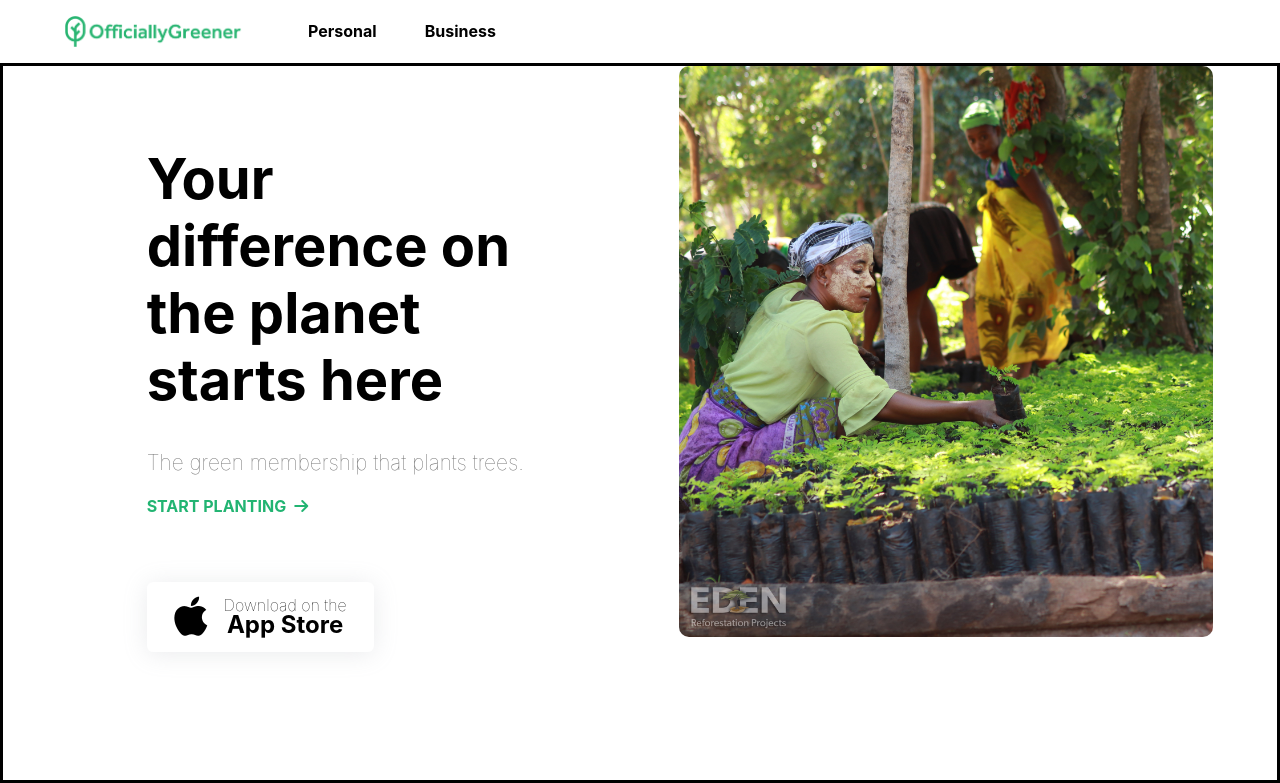
Repository: Sinkycode/Officially-Greener-v2
Page: index.html
An editor plug-in stored every save of this project. The page is shown before and after the next save, followed by the edit.
The browser window is 1280 px wide. The pictures show the whole page.
Some web libraries are served in a nearby version.

Above is the page before, as saved 2023-03-08 16:23:52.

### index.html
<!DOCTYPE html>
<html lang="en">
<head>
  <meta charset="UTF-8">
  <meta http-equiv="X-UA-Compatible" content="IE=edge">
  <meta name="viewport" content="width=device-width, initial-scale=1.0">
  <link rel="stylesheet" href="https://cdnjs.cloudflare.com/ajax/libs/font-awesome/6.3.0/css/all.min.css" integrity="sha512-SzlrxWUlpfuzQ+pcUCosxcglQRNAq/DZjVsC0lE40xsADsfeQoEypE+enwcOiGjk/bSuGGKHEyjSoQ1zVisanQ==" crossorigin="anonymous" referrerpolicy="no-referrer" />

  <link rel="stylesheet" href="style.css">
  <title>Officially Greener</title>
</head>
<body>
  <header>
    <div class="mobile">
      <img src="Logo/Officially Greener Transparent background.png" alt="" class="primary-logo logo">
      <i class="fa-sharp fa-solid fa-bars"></i>
    </div>

    <div class="desktop">
      <img src="Logo/Officially Greener Transparent background.png" alt="" class="primary-logo logo">
      <ul class="primary-nav">
        <li><a href="http://">Personal</a></li>
        <li><a href="http://">Business</a></li>
      </ul>
    </div>

  </header>

  <section id="landing-page">
   <div class="container">
    <div class="landing-page__image">
      <img src="Images/Magagascar.jpg" alt="">
    </div>
    <div class="landing-page__context">
     <div class="texts">
      <h1 class="big-txt">Your difference on the planet starts here</h1>
      <p class="gray-para">The green membership that plants trees.</p>
      <a href="#" class="simple-link">Start planting<i class="fa-sharp fa-solid fa-arrow-right"></i></a>
     </div>
     <button class="apple-btn btn">
      <i class="fa-brands fa-apple"></i>
      <div class="wrap">
        <p>Download on the</p>
        <h1>App Store</h1>
      </div>
     </button>
    </div>
   </div>
  </section>
  <section id="note"></section>
  <section id="personal"></section>
</body>
</html>

### style.css
:root {
  --neutral-100: hsl(0, 0%, 100%);
  --neutral-200: hsl(0, 0%, 80%);
  --neutral-400: hsl(0, 0%, 40%);
  --neutral-600: hsl(0, 0%, 20%);
  --neutral-800: hsl(0, 0%, 0%);

  --accent: hsl(153, 68%, 42%);

  --txt-size-200: .8rem;
  --txt-size-400: 1rem;
  --txt-size-500: 2rem;
  --txt-size-600: 3rem;
  --txt-size-800: 3.5rem;

  --box-radius: .4rem;

  --gray-para: var(--neutral-400);

}

*, *::after, *::before {
  box-sizing: border-box;
  margin: 0;
  padding: 0;
}

html, body {
  font-family: -apple-system, BlinkMacSystemFont, Segoe UI, Roboto, Oxygen, Ubuntu, Cantarell, Fira Sans, Droid Sans, Helvetica Neue, sans-serif;
  scroll-behavior: smooth;
  overflow-x: hidden;
}

body {
  line-height: 1.5;
  font-size: 16px;
}

/* CUSTOMIZATION */
img {
  max-width: 100%;
  display: block;
}

button, input {
  outline: none;
  border: none;
  /* background: transparent; */
  font-family: inherit;
  font-size: inherit;
  color: inherit;
}

ul, p {
  margin: 0;
  list-style: none;
  font-weight: 2

}

a {
  text-decoration: none;
  color: inherit;
  font-weight: bold;
}

h1,h2,h3 {
  margin: 0;
}

.container {
  max-width: 90%;
  margin: 0 auto;
}

.logo {
  width: clamp(180px, 1rem + 10vw, 300px);
}

.mobile {
  display: none;
}

.desktop {
  display: flex;
  align-items: center;
  gap: 4rem;
  padding-block: 1rem;
  padding-inline-start: 4rem;
  width: 50%;
}

.primary-nav {
  display: flex;
  gap: 3rem;
}

.big-txt {
  font-size: var(--txt-size-800);
}

.gray-para {
  color: var(--gray-para);
}

.btn {
  color: var(--neutral-800);
  background-color: rgb(255, 255, 255);
  padding: .8rem 1.7rem;
  border-radius: var(--box-radius);
  box-shadow: rgba(149, 157, 165, 0.2) 0px 2px 24px;
}

/* ========= landign page ========= */
#landing-page {
  border: 3px solid black;
  height: 100vh;
}

#landing-page .container {
  display: flex;
  gap: 1rem;
  height: 100%;
  /* border: 1px solid red; */
}

@media (max-width: 1000px) {
  #landing-page .container {
    display: block;
  }
}

@media (min-width: 768px) {
  .landing-page__context {
    order: 1;
    margin-left: 5rem;
    margin-top: 5rem;
  }

  .landing-page__image {
    order: 2;
  }
}

.landing-page__context {
  max-width: 45%;
  /* border: 1px solid red; */
}

.landing-page__context .big-txt {
  /* border: 1px solid red; */
  max-width: 80%;
  line-height: 1.2;
  margin-bottom: 2rem;
}

.landing-page__context .gray-para {
  margin-block: 1rem;
  font-size: 1.3rem;
}

.landing-page__context .simple-link {
  color: var(--accent);
  text-transform: uppercase;
  display: flex;
  align-items: center;
  gap: .5rem;
  margin-bottom: 4rem;
}

.fa-apple {
  font-size: 2.8rem;
}

.apple-btn {
  display: flex;
  align-items: center;
  gap: 1rem;
}

button .wrap {
  /* border: 1px solid red; */
  line-height:1;
}

button .wrap h1{
  font-size: 1.5rem;
}

.landing-page__image {
  width: 55%;
  height: 80%;
  border-radius: 10px;
  overflow: hidden;
}

.landing-page__image img {
  height: 100%;
  object-fit: cover;
  object-position: left;
}

After the next save:
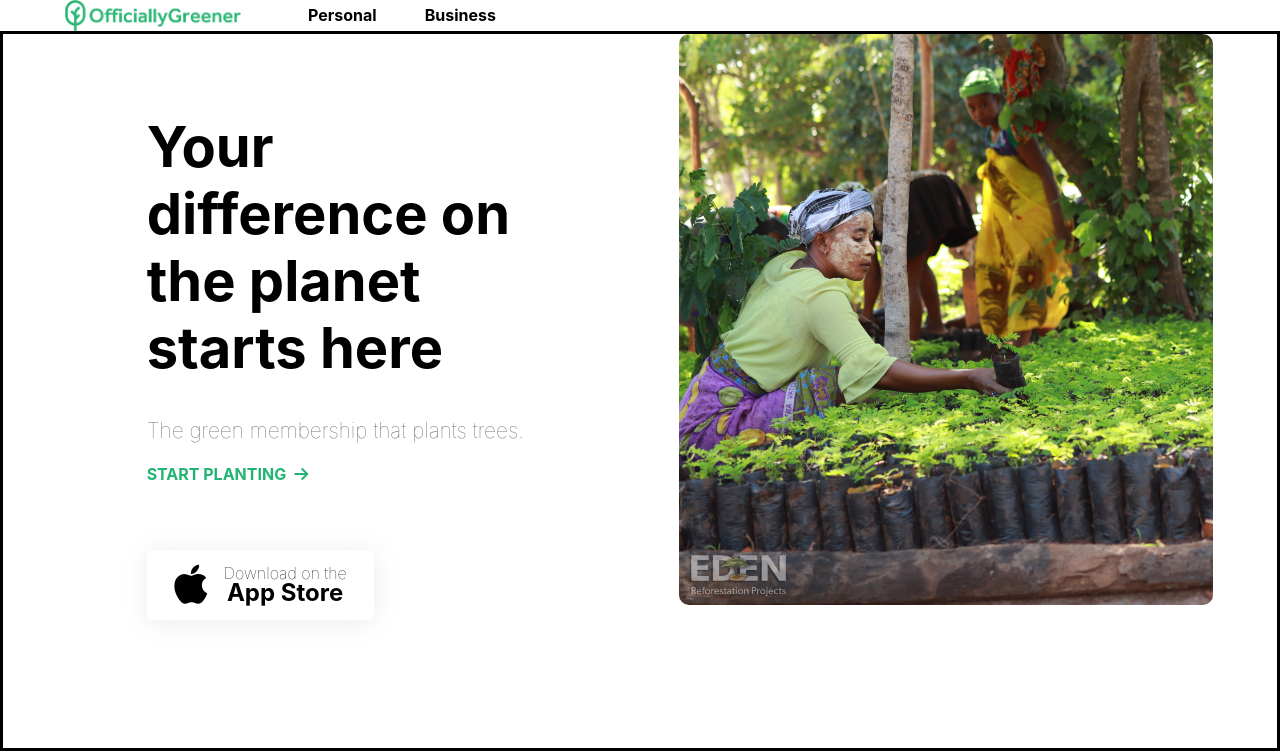
Saved 27 s later.
--- a/style.css
+++ b/style.css
@@ -85,7 +85,7 @@
   display: flex;
   align-items: center;
   gap: 4rem;
-  padding-block: 1rem;
+  /* padding-block: 1rem; */
   padding-inline-start: 4rem;
   width: 50%;
 }
